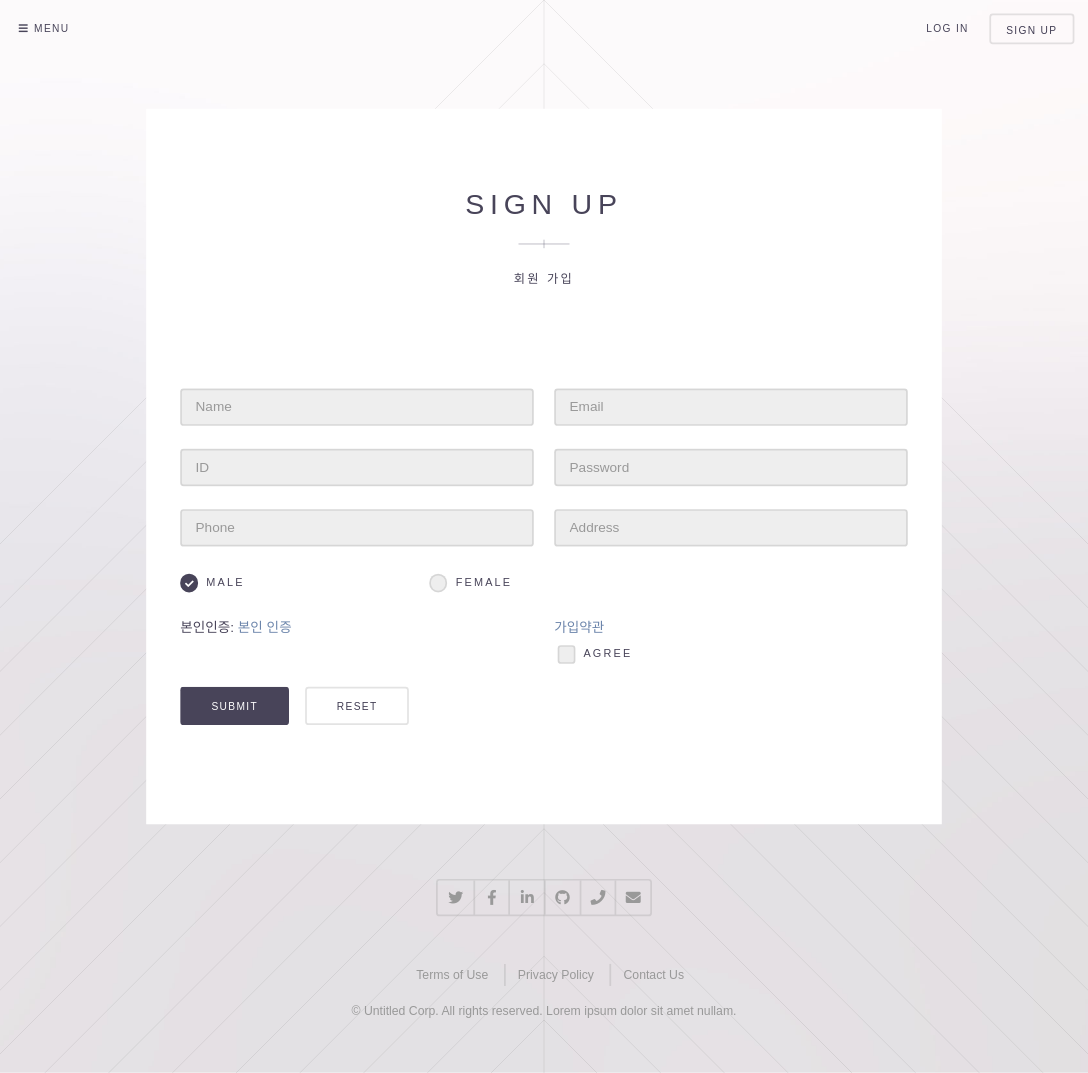
Repository: WKMoon/JavaScript-Project
Page: myFront/WebContent/signup.html
An editor plug-in stored every save of this project. The page is shown before and after the next save, followed by the edit.
The browser window is 1280 px wide. The pictures show the whole page, at 85% of full size.
Some web fonts or font styles are not loaded; a fallback is used.

Above is the page before, as saved 2021-03-01 22:52:35.

### myFront/WebContent/signup.html
<!DOCTYPE html>
<html>
<head>
<meta charset="UTF-8">
<meta name="viewport" content="width=device-width, initial-scale=1, user-scalable=no" />
<link rel="stylesheet" href="assets/css/main.css" />
<title>Sign Up</title>
</head>
	<body class="is-preload">

		<!-- Header -->
			<header id="header">
				<a href="#menu">Menu</a>
				<a href="login.html">Log In</a>
				<a href="signup.html" class="button">Sign Up</a>
			</header>

		<!-- Nav -->
			<nav id="menu">
				<ul class="links">
					<li><a href="index.html">Home</a></li>
<!-- 					<li><a href="generic.html">Generic</a></li>
					<li><a href="elements.html">Elements</a></li> -->
				</ul>
				<ul class="actions stacked">
					<li><a href="login.html" class="button primary fit">Log In</a></li>
					<li><a href="signup.html" class="button fit">Sign Up</a></li>
				</ul>
			</nav>


		<!-- Main -->
			<section id="main" class="wrapper style1">
				<div class="inner">

					<!-- Title -->
						<header class="major special">
							<h1>Sign Up</h1>
							<p>회원 가입</p>
						</header>

					<!-- Content -->
						<div class="content">
							<form method="post" action="#">
											<div class="row">
												<div class="col-6 col-12-xsmall">
													<input type="text" name="name" id="name" value="" placeholder="Name" />
												</div>
												<div class="col-6 col-12-xsmall">
													<input type="email" name="email" id="email" value="" placeholder="Email" />
												</div>

												<div class="col-6 col-12-xsmall">
													<input type="text" name="id" id="id" value="" placeholder="ID" />
												</div>

												<div class="col-6 col-12-xsmall">
													<input type="password" name="pw" id="pw" value="" placeholder="Password" />
												</div>

												<div class="col-6 col-12-xsmall">
													<input type="text" name="pn" id="pn" value="" placeholder="Phone" />
												</div>

												<div class="col-6 col-12-xsmall">
													<input type="text" name="addr" id="addr" value="" placeholder="Address" />
												</div>

												<!-- Break -->
												<div class="col-4 col-12-small">
													<input type="radio" id="priority-low" name="priority" checked>
													<label for="priority-low">Male</label>
												</div>
												<div class="col-4 col-12-small">
													<input type="radio" id="priority-normal" name="priority">
													<label for="priority-normal">Female</label>
												</div>
												<!-- Break -->

												<div class="col-6 col-12-small">
												<p style="display:inline">본인인증:</p>
													<a href="identification.html"style="text-decoration: none;">본인 인증</a>
												</div>

												<div class="col-2 col-12-small">
													<a href="agreement.html"style="text-decoration: none;">가입약관</a>
													<input type="checkbox" id="agree" name="agree">
													<label for="agree" style="margin-left:3%">Agree</label>
												</div>
												<!-- Break -->

												<!-- Break -->
												<div class="col-12">
													<ul class="actions">
														<li><input type="submit" value="Submit" class="primary" /></li>
														<li><input type="reset" value="Reset" /></li>
													</ul>
												</div>
											</div>
										</form>
						</div>

				</div>
			</section>

		<!-- Footer -->
			<footer id="footer">
				<ul class="alt-icons">
					<li><a href="#" class="icon brands fa-twitter"><span class="label">Twitter</span></a></li>
					<li><a href="#" class="icon brands fa-facebook-f"><span class="label">Facebook</span></a></li>
					<li><a href="#" class="icon brands fa-linkedin-in"><span class="label">LinkedIn</span></a></li>
					<li><a href="#" class="icon brands fa-github"><span class="label">GitHub</span></a></li>
					<li><a href="#" class="icon solid fa-phone"><span class="label">Phone</span></a></li>
					<li><a href="#" class="icon solid fa-envelope"><span class="label">Email</span></a></li>
				</ul>
				<ul class="menu">
					<li><a href="#">Terms of Use</a></li>
					<li><a href="#">Privacy Policy</a></li>
					<li><a href="#">Contact Us</a></li>
				</ul>
				<p class="copyright">
					&copy; Untitled Corp. All rights reserved. Lorem ipsum dolor sit amet nullam.
				</p>
			</footer>

		<!-- Scripts -->
			<script src="assets/js/jquery.min.js"></script>
			<script src="assets/js/jquery.scrolly.min.js"></script>
			<script src="assets/js/jquery.scrollex.min.js"></script>
			<script src="assets/js/browser.min.js"></script>
			<script src="assets/js/breakpoints.min.js"></script>
			<script src="assets/js/util.js"></script>
			<script src="assets/js/main.js"></script>

	</body>
</html>

Loaded but not shown: myFront/WebContent/assets/js/jquery.min.js (library); myFront/WebContent/assets/js/jquery.scrolly.min.js (common file); myFront/WebContent/assets/js/jquery.scrollex.min.js (common file); myFront/WebContent/assets/js/browser.min.js (common file); myFront/WebContent/assets/js/breakpoints.min.js (common file); myFront/WebContent/assets/css/fontawesome-all.min.css (library); myFront/WebContent/assets/js/util.js (587 lines, source omitted); myFront/WebContent/assets/js/main.js (57 lines, source omitted); myFront/WebContent/assets/css/main.css (4487 lines, source omitted)

After the next save:
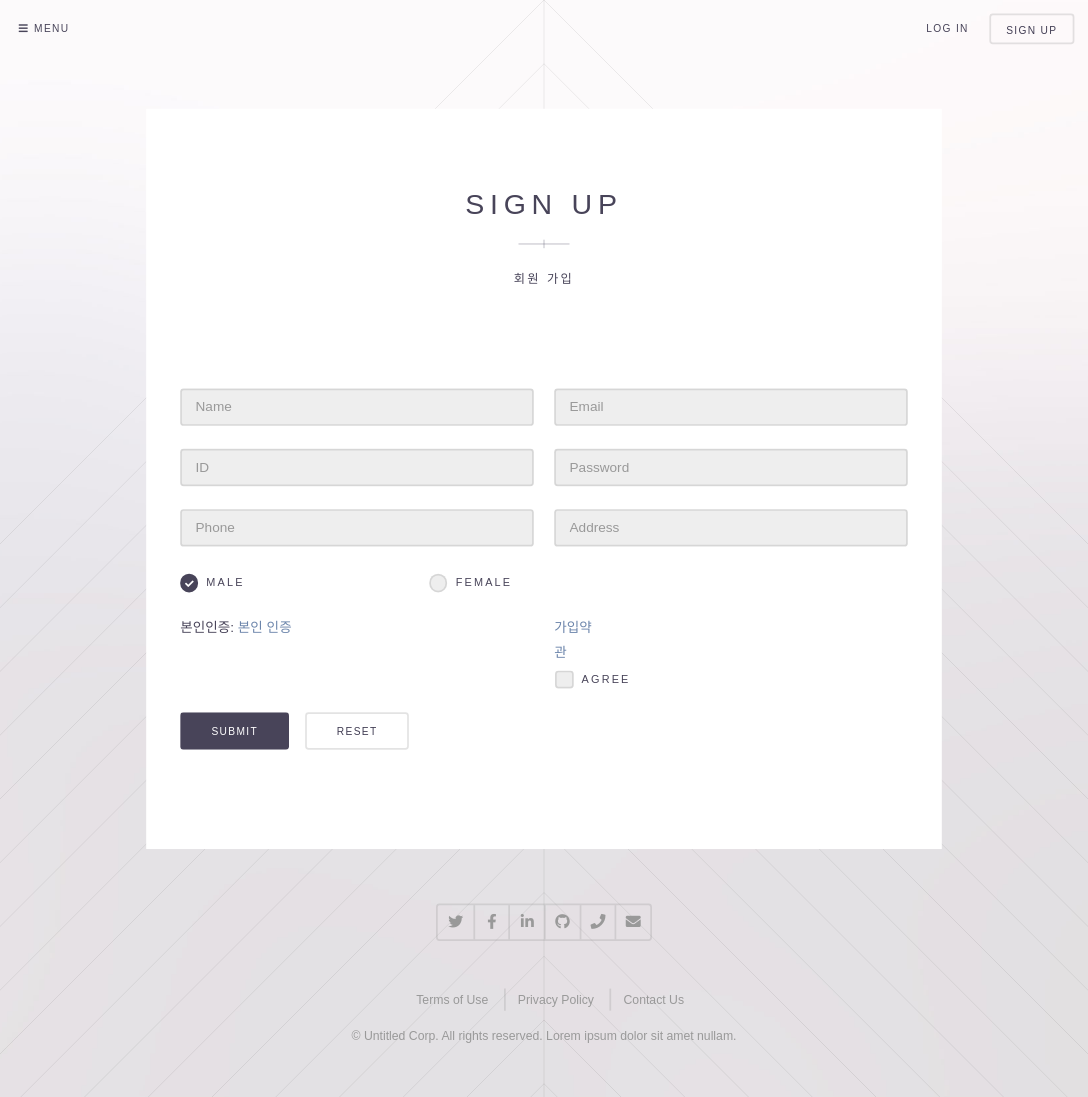
Saved 5 s later.
--- a/myFront/WebContent/signup.html
+++ b/myFront/WebContent/signup.html
@@ -82,7 +82,7 @@
 													<a href="identification.html"style="text-decoration: none;">본인 인증</a>
 												</div>
 
-												<div class="col-2 col-12-small">
+												<div class="col-1 col-12-small">
 													<a href="agreement.html"style="text-decoration: none;">가입약관</a>
 													<input type="checkbox" id="agree" name="agree">
 													<label for="agree" style="margin-left:3%">Agree</label>
